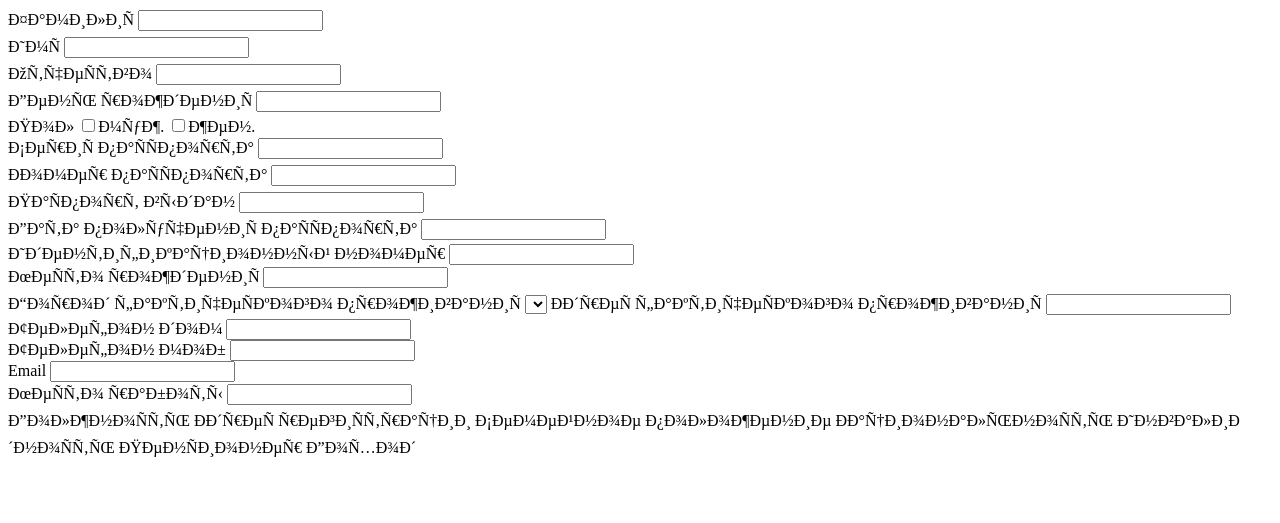
Repository: Westerte/JavaDevelopmentMay2015
Page: http://localhost/bank/jsp/common/add.jsp
The author's editor kept a copy of each file at every save. The page is drawn from the files as they stood at one save, then again after the next save.
The browser window is 1280 px wide. The pictures show the whole page.
The page is served by Tomcat 9. Other server files are loaded and not shown. The template is opened directly, without the code that normally fills it, so the values that code supplies are empty.

Above is the page before, as saved 2015-09-29 16:33:07.

### workspace/bank/WebContent/jsp/common/add.jsp
<%@ page language="java" contentType="text/html; charset=ISO-8859-1"
    pageEncoding="ISO-8859-1"%>
<!DOCTYPE html PUBLIC "-//W3C//DTD HTML 4.01 Transitional//EN" "http://www.w3.org/TR/html4/loose.dtd">
<html>
<head>
<meta http-equiv="Content-Type" content="text/html; charset=ISO-8859-1">
<title>Insert title here</title>
</head>
<body>
<div class="container">
		<c:import url="${configBundle.getResourceBundle().handleGetObject('path.sample.header')}"/>

			<form action="Controller" method="post"></form>
				<input type="hidden" name="command" value="add">
				Фамилия
				<input type="text" name="secondName">
				<br>
				Имя
				<input type="text" name="firstName">
				<br>
				Отчество
				<input type="text" name="patronimic">
				<br>
				День рождения
				<input type="text" name="birthDay">
				<br>
				Пол
				<input type="checkbox" name="male" value="male" id="male"><label for="male">муж.</label>
				<input type="checkbox" name="male" value="female" id="female"><label for="female">жен.</label>
				<br>
				Серия пасспорта
				<input type="text" name="passportSeria">
				<br>
				Номер пасспорта
				<input type="text" name="passportNumber">
				<br>
				Паспорт выдан
				<input type="text" name="passportPlace">
				<br>
				Дата получения пасспорта
				<input type="text" name="passportDate" >
				<br>
				Идентификационный номер
				<input type="text" name="cid" >
				<br>
				Место рождения
				<input type="text" name="birthPlace" >
				<br>
				Город фактического проживания
				<select name="currentCity">
					<c:forEach items = "${ cityList }" var="city">
						<option value="${ city.id }" label="${ city.name }"/>
					</c:forEach>
				</select>
				Адрес фактического проживания
				<input type="text" name="currentAddress" >
				<br>
				Телефон дом
				<input type="text" name="phoneHome" >
				<br>
				Телефон моб
				<input type="text" name="phoneMobile" >
				<br>
				Email
				<input type="text" name="email" >
				<br>
				Место работы
				<input type="text" name="workPlace" >
				<br>
				Должность
				Адрес регистрации
				Семейное положение
				Национальность
				Инвалидность
				Пенсионер
				Доход


			</form>
		</tr>
	</div>
	<c:import url="${configBundle.getResourceBundle().handleGetObject('path.sample.footer')}"/>
</body>
</html>

After the next save:
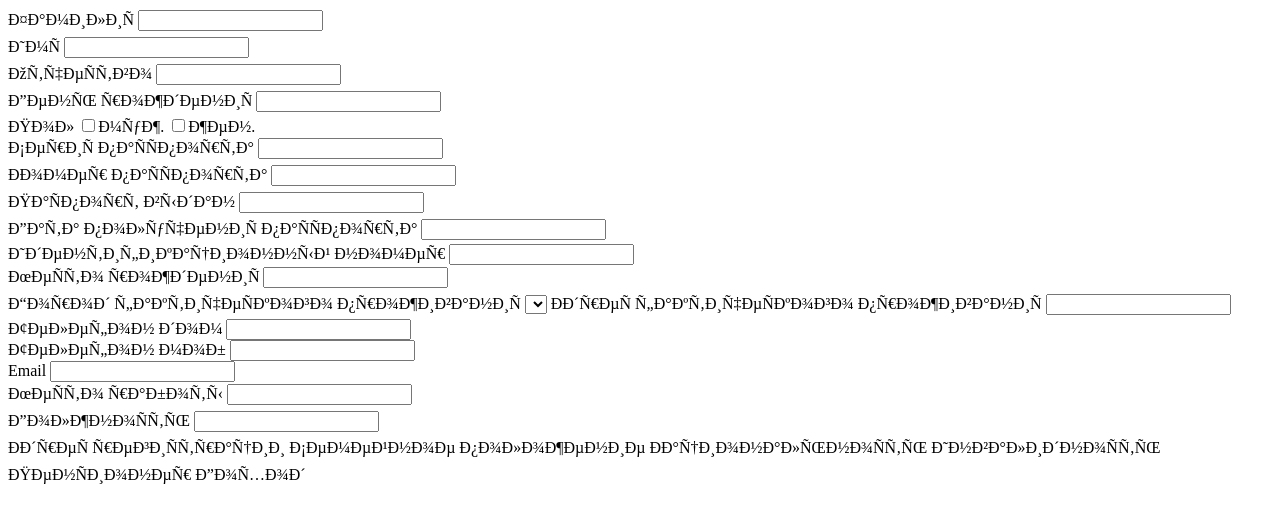
Saved 9 s later.
--- a/workspace/bank/WebContent/jsp/common/add.jsp
+++ b/workspace/bank/WebContent/jsp/common/add.jsp
@@ -68,6 +68,8 @@
 				<input type="text" name="workPlace" >
 				<br>
 				Должность
+				<input type="text" name="position" >
+				<br>
 				Адрес регистрации
 				Семейное положение
 				Национальность
